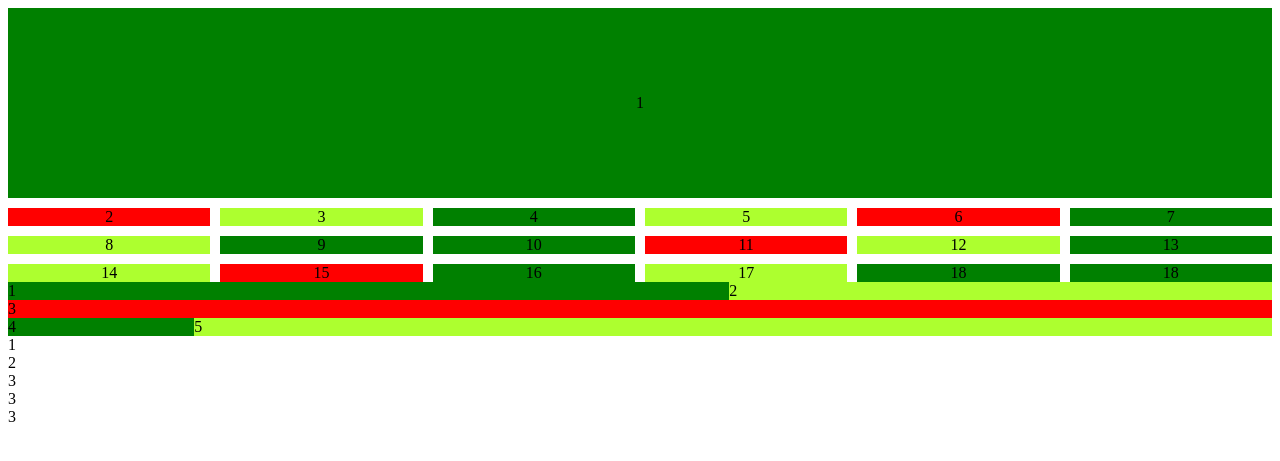
Repository: motiejus1/09-paskaita-05.31
Page: index.html
An editor plug-in stored every save of this project. The page is shown before and after the next save, followed by the edit.
The browser window is 1280 px wide. The pictures show the whole page.

Above is the page before, as saved 2021-06-15 20:21:52.

After the next save:
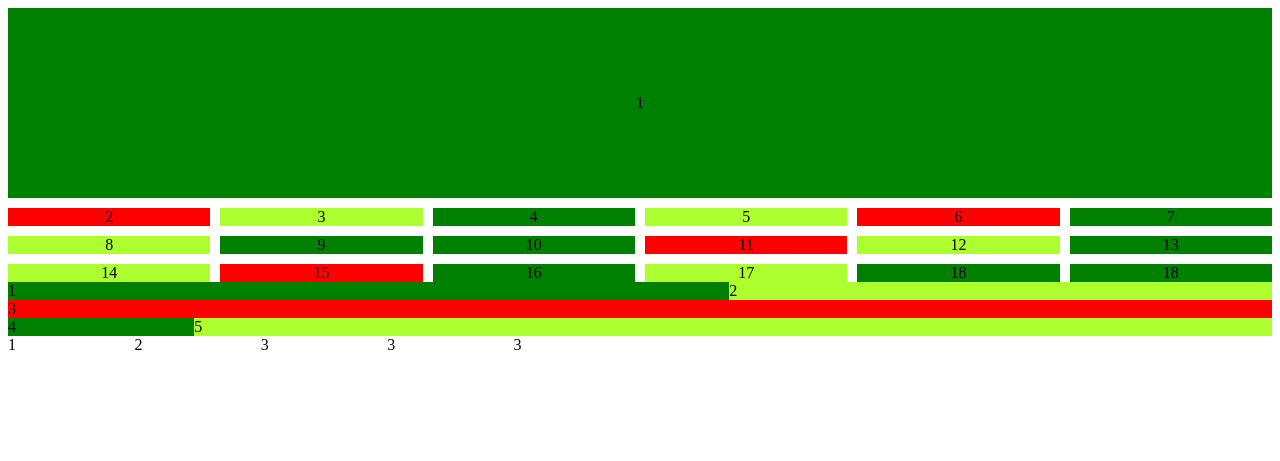
Saved 6 s later.
--- a/index.html
+++ b/index.html
@@ -84,7 +84,7 @@
 
         .grid-container-2 {
             display:grid;
-            grid-template-columns: 10%
+            grid-template-columns: 10% 10% 10% 10% 10% 10%
         }
     </style>
 </head>
